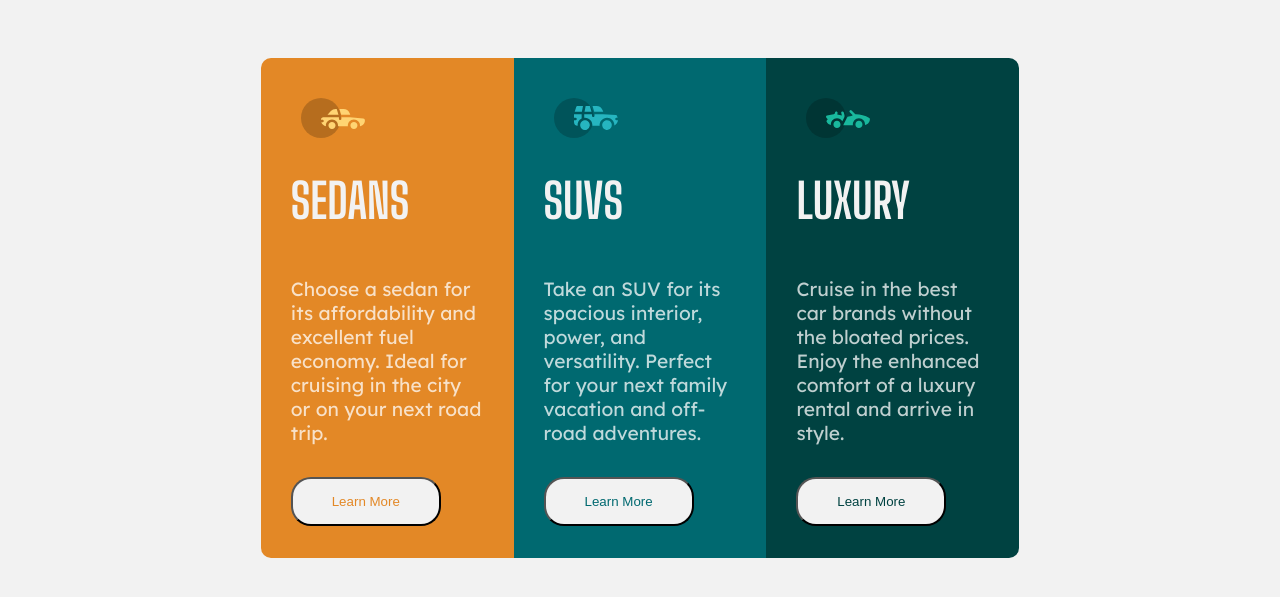
Repository: viniciussnt/3-column-preview-card
Page: index.html
An editor plug-in stored every save of this project. The page is shown before and after the next save, followed by the edit.
The browser window is 1280 px wide. The pictures show the whole page.

Above is the page before, as saved 2023-09-15 12:02:38.

### index.html
<!DOCTYPE html>
<html lang="pt-br">

<head>
  <meta charset="UTF-8">
  <meta name="viewport" content="width=device-width, initial-scale=1.0">
  <link rel="icon" type="image/png" sizes="32x32" href="./images/favicon-32x32.png">
  <link rel="stylesheet" href="./styles/style.css">

  <link rel="preconnect" href="https://fonts.googleapis.com">
  <link rel="preconnect" href="https://fonts.gstatic.com" crossorigin>
  <link href="https://fonts.googleapis.com/css2?family=Big+Shoulders+Display:wght@700&family=Lexend+Deca&display=swap"
    rel="stylesheet">

  <title>Frontend Mentor | 3-column preview card component</title>

</head>

<body>
  <div class="container">
    <article class="card-info">
      <section class="sedans">
        <div class="img-box">
          <img src="./images/icon-sedans.svg" />
        </div>
        <h1>SEDANS</h1>
        <p>Choose a sedan for its affordability and excellent fuel economy. Ideal for cruising in the city
          or on your next road trip.</p>

        <button class="btn-sedans">Learn More</button>
      </section>

      <section class="suvs">
        <div class="img-box">
          <img src="./images/icon-suvs.svg" />
        </div>
        <h1>SUVS</h1>
        <p>Take an SUV for its spacious interior, power, and versatility. Perfect for your next family vacation
          and off-road adventures.</p>

        <button class="btn-suv">Learn More</button>
      </section>

      <section class="luxury">
        <div class="img-box">
          <img src="./images/icon-luxury.svg" />
        </div>
        <h1>LUXURY</h1>
        <p>Cruise in the best car brands without the bloated prices. Enjoy the enhanced comfort of a luxury
          rental and arrive in style.</p>

        <button class="btn-luxury">Learn More</button>
      </section>
    </article>
  </div>

</body>

</html>

### styles/style.css
:root {
    --color-sedan: rgb(227, 136, 38);
    --color-suv: rgb(0, 105, 112);
    --color-luxury: rgb(0, 66, 65);

    --color-primary: rgba(255, 255, 255, 0.75);
    --color-secondary: rgb(242, 242, 242);
}

@import url('https://fonts.googleapis.com/css2?family=Big+Shoulders+Display:wght@700&family=Lexend+Deca&display=swap');


body {
    background-color: var(--color-secondary);
}

.container {
    display: flex;
    justify-content: center;

}

article {
    display: flex;

    margin-top: 50px;
    width: 60%;
    height: 80%
}

section {
    width: 400px;
    height: 500px;
}

.sedans {
    background-color: var(--color-sedan);
    border-radius: 10px 0px 0px 10px;
}

.suvs {
    background-color: var(--color-suv);
}

.luxury {
    background-color: var(--color-luxury);
    border-radius: 0px 10px 10px 0px;
}

.img-box {
    margin-top: 40px;
    margin-left: 40px;
}

h1 {
    font-family: 'Big Shoulders Display', cursive;
    font-size: 3rem;
    color: var(--color-secondary);

    margin-top: 30px;
    margin-left: 30px;
}

p {
    font-family: 'Lexend Deca', sans-serif;
    font-size: 1.2rem;
    color: var(--color-primary);

    margin: 30px 30px 0px 30px;

    height: 170px;
}

button {
    border-radius: 20px;

    margin: 30px 30px 0px 30px;
    padding: 15px;

    width: 150px;

    font: 1.2rem;
}

.btn-sedans {
    color: var(--color-sedan);
    background-color: var(--color-secondary);
}

.btn-suv {
    color: var(--color-suv);
    background-color: var(--color-secondary);
}

.btn-luxury {
    color: var(--color-luxury);
    background-color: var(--color-secondary);
}

button:hover {
    background: transparent;
    color: white;
    cursor: pointer;
    border: 2px solid white;
}

After the next save:
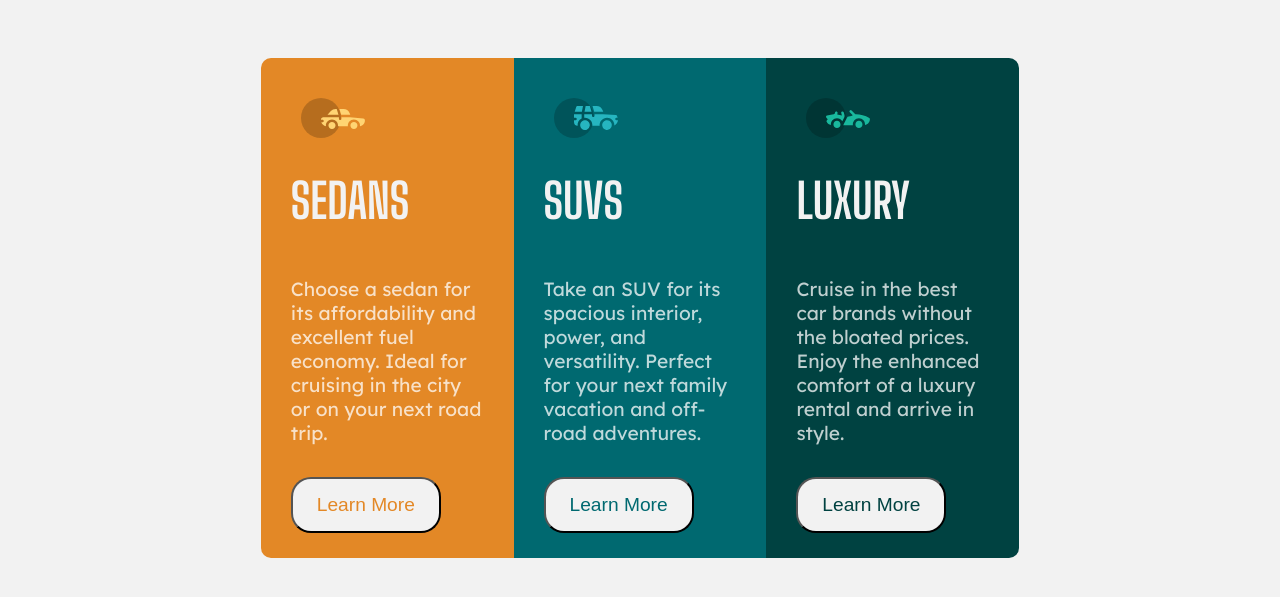
Saved 8 s later.
--- a/styles/style.css
+++ b/styles/style.css
@@ -79,7 +79,7 @@
 
     width: 150px;
 
-    font: 1.2rem;
+    font-size: 1.2rem;
 }
 
 .btn-sedans {
